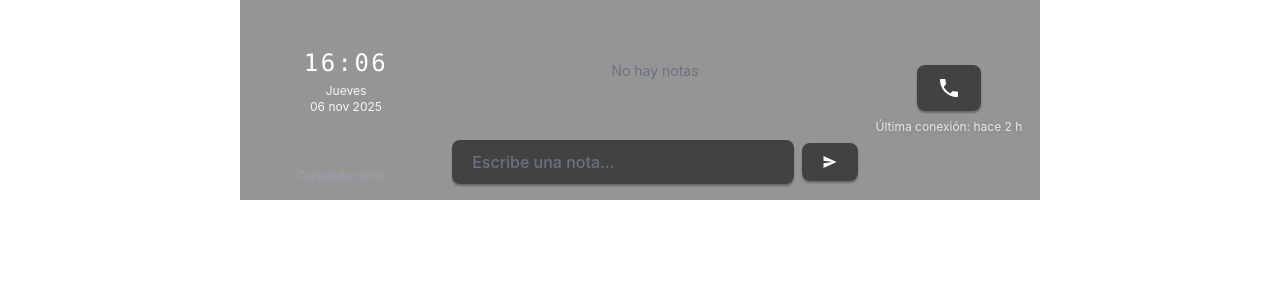
Repository: CodeByEvans/my-romantic-widget
Page: /
The author's editor kept a copy of each file at every save. The page is drawn from the files as they stood at one save, then again after the next save.
The browser window is 1280 px wide. The pictures show the whole page.
The page's requests for data from a server got no answer. The project was rebuilt for these pictures with package versions that can differ from the ones it lists, and the page was loaded fresh each time. No one was signed in, and anything a server would have sent is missing. Also part of the build but not shown: vite.config.ts.

Above is the page before, as saved 2025-11-06 16:27:57.

After the next save:
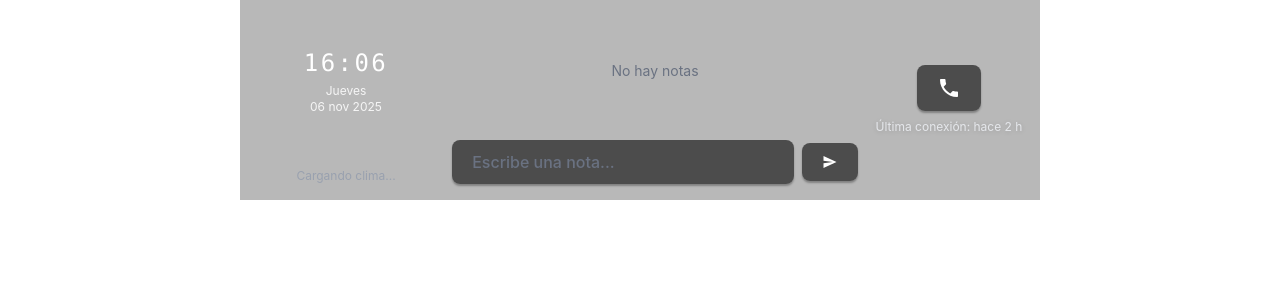
Saved 56 s later.
--- a/src/App.css
+++ b/src/App.css
@@ -27,7 +27,7 @@ main {
   padding: 1rem;
 
   /* Fondo cristal oscuro */
-  background: rgba(20, 20, 20, 0.45);
+  background: rgba(20, 20, 20, 0.3);
   backdrop-filter: blur(18px) saturate(160%);
   -webkit-app-region: drag; /* Permitir mover la ventana */
 }
